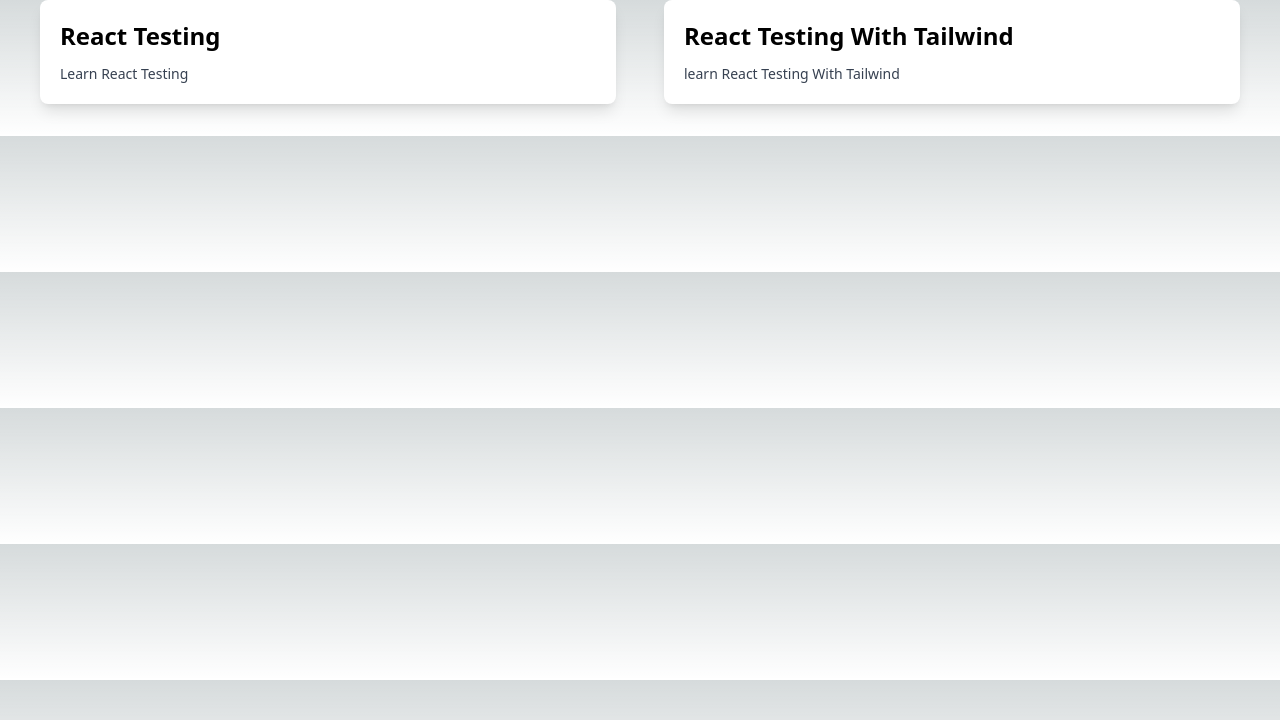
Repository: AlgoHussle/algo-blog
Page: /
The author's editor kept a copy of each file at every save. The page is drawn from the files as they stood at one save, then again after a run of saves.
The browser window is 1280 px wide. The pictures show the whole page.
The project was rebuilt for these pictures with package versions that can differ from the ones it lists, and the page was loaded fresh each time. The framework's server and built-in components were replaced by stand-ins that run in the browser. Also part of the build but not shown: next.config.js.

Above is the page before, as saved 2023-05-03 21:26:45.

### pages/index.js

import Head from 'next/head'

const posts = [
  { title: 'React Testing', excerpt: 'Learn React Testing'},
  { title: 'React Testing With Tailwind', excerpt: 'learn React Testing With Tailwind'},
];

export default function Home() {
  return (
    <div className='container mx-auto px-10 mb-8'>
      <Head>
        <title>CMS Blog</title>
        <link rel="icon" href="/favicon.ico" />
      </Head>
      <div className='grid grid-cols-1 lg:grid-cols-12 gap-12'>
        {posts.map((post, index) => (
          <div key={index} className='col-span-1 lg:col-span-6'>
            <div className='bg-white rounded-lg shadow-lg p-5'>
              <h3 className='text-2xl font-bold mb-3'>{post.title}</h3>
              <p className='text-gray-700 text-sm'>{post.excerpt}</p>
            </div>
          </div>
        ))}
      </div>
      </div>
  )
}

Loaded but not shown: pages/_app.js (common file); pages/_document.js (common file); styles/globals.css (common file); tailwind.config.js (common file)

After the next 2 saves:
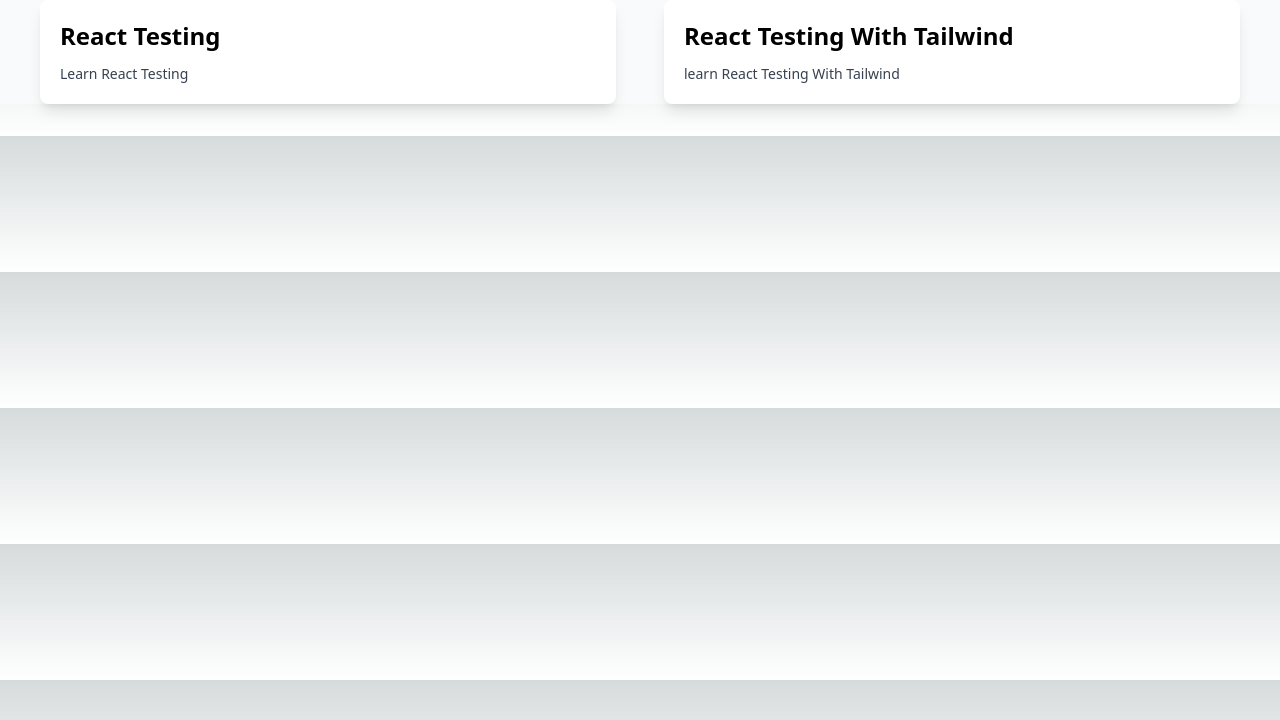
The 2 saves are shown as one change because they came seconds apart.
The last was saved 20 s later.
--- a/pages/index.js
+++ b/pages/index.js
@@ -8,7 +8,7 @@
 
 export default function Home() {
   return (
-    <div className='container mx-auto px-10 mb-8'>
+    <div className='container mx-auto px-10 mb-8 bg-gray-50'>
       <Head>
         <title>CMS Blog</title>
         <link rel="icon" href="/favicon.ico" />
